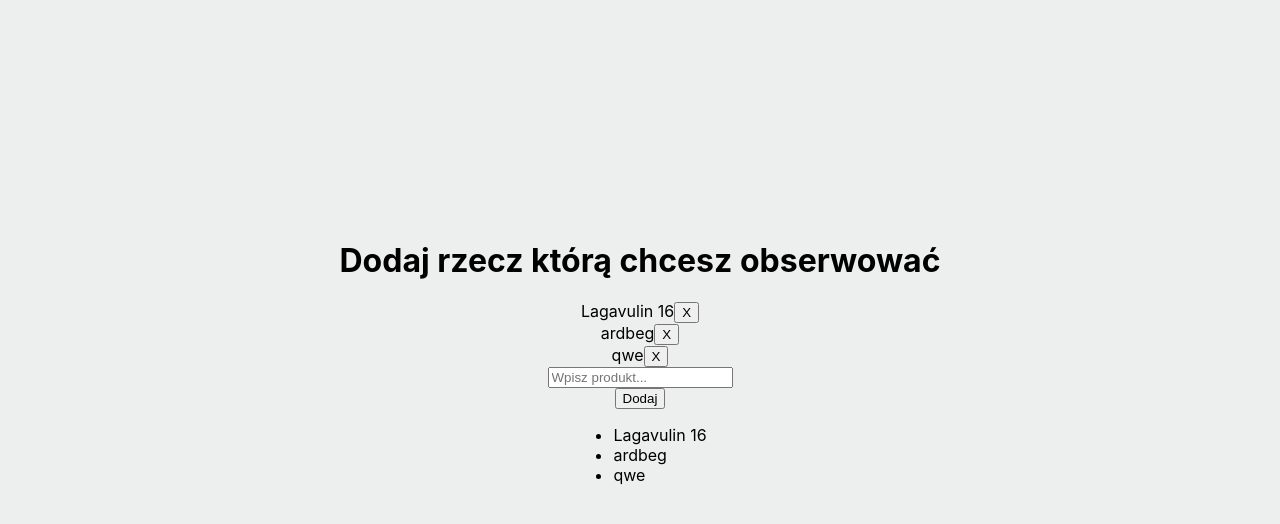
Repository: matedoo/crawler
Page: /MainApp
These files come from the project's save history. The page is drawn as it stood at one moment and after the next save; the edit follows.
The browser window is 1280 px wide. The pictures show the whole page.
The project was rebuilt for these pictures with package versions that can differ from the ones it lists, and the page was loaded fresh each time. Requests to the local data server were answered from the project's data file. Also part of the build but not shown: src/Components/button.js, src/Components/LoginComponents/LoginApp.js, src/Components/LoginComponents/RegisterApp.js, src/Components/btnContainer.js, src/Components/heading.js, src/Components/LoginComponents/StartApp.js.

Above is the page before, as saved 2020-04-28 19:29:46.

After the next save:
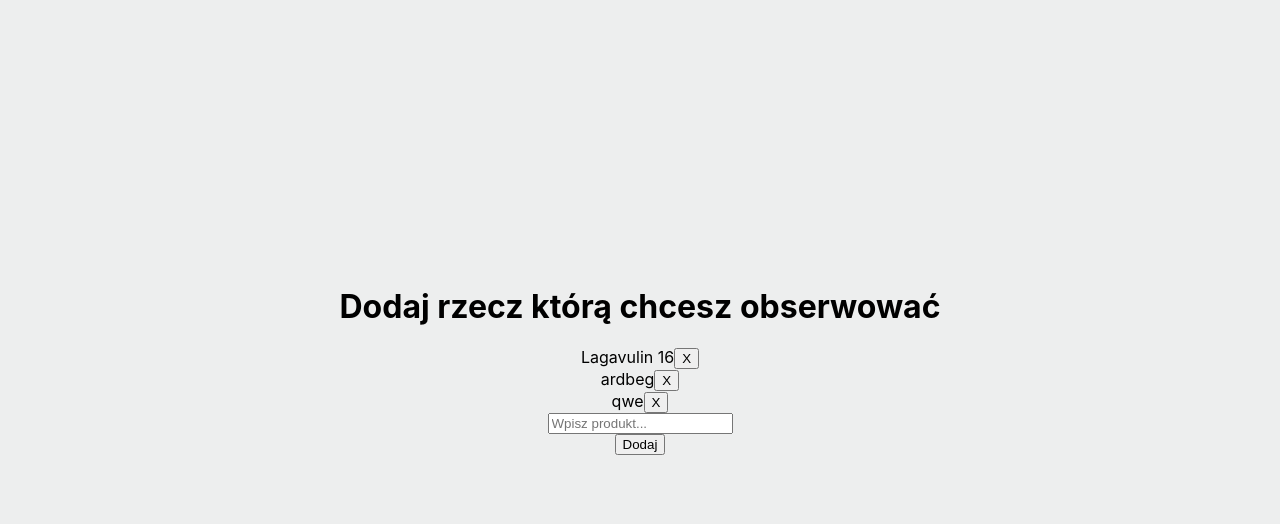
Saved 57 min 42 s later.
--- a/src/Components/MainApp/MainApp.js
+++ b/src/Components/MainApp/MainApp.js
@@ -97,12 +97,7 @@ function MainApp(props) {
         />
         <button onClick={handleButtonClick}>Dodaj</button>
         {!!error && <p>{error}</p>}
-        <div>
-        <ul>
-        {/* {console.log(`${fetchedData.title} title`  )} */}
-        {fetchedData.map((items) => <li value={items.id} >{items.title} </li>)}
-        </ul>
-        </div>
+
       </LoginAppStyled>
     );
 
